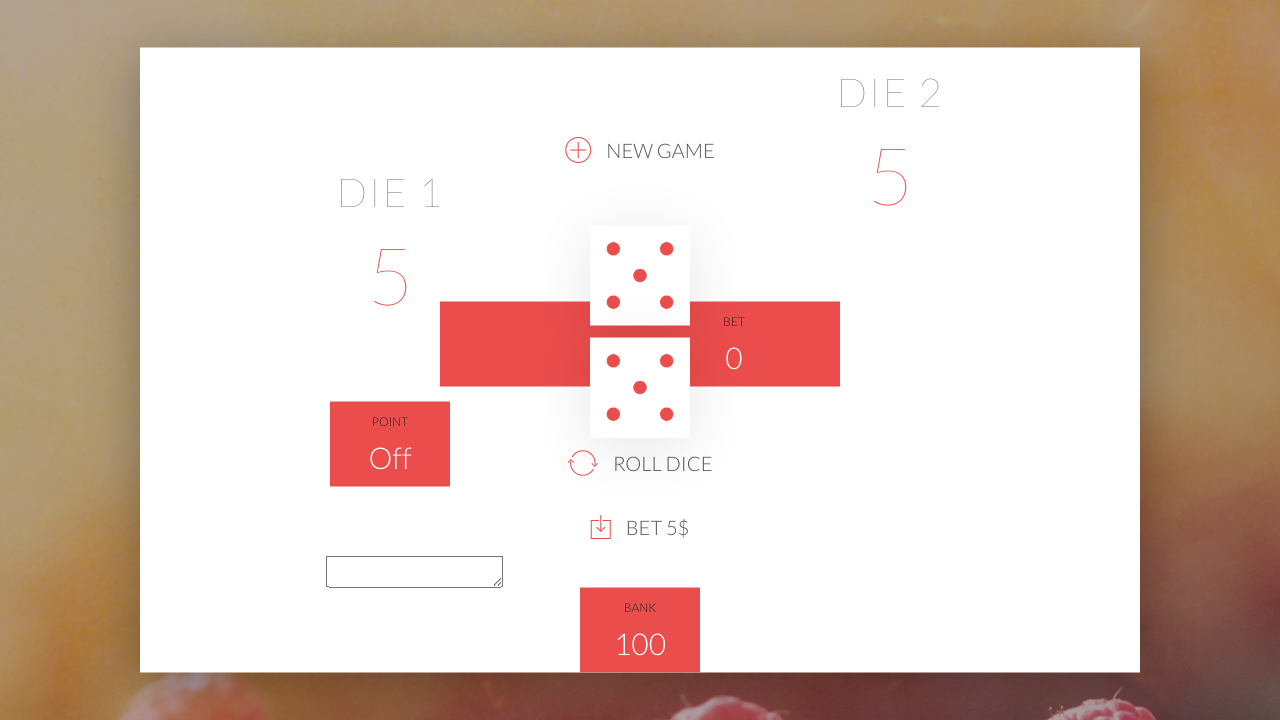
Repository: rmcc0724/html_challenge
Page: Craps/index.html
The author's editor kept a record of every edit. The page is drawn from the files as they stood at one moment, then again after the next edit.
The browser window is 1280 px wide. The pictures show the whole page.

Above is the page before.

After the next edit:
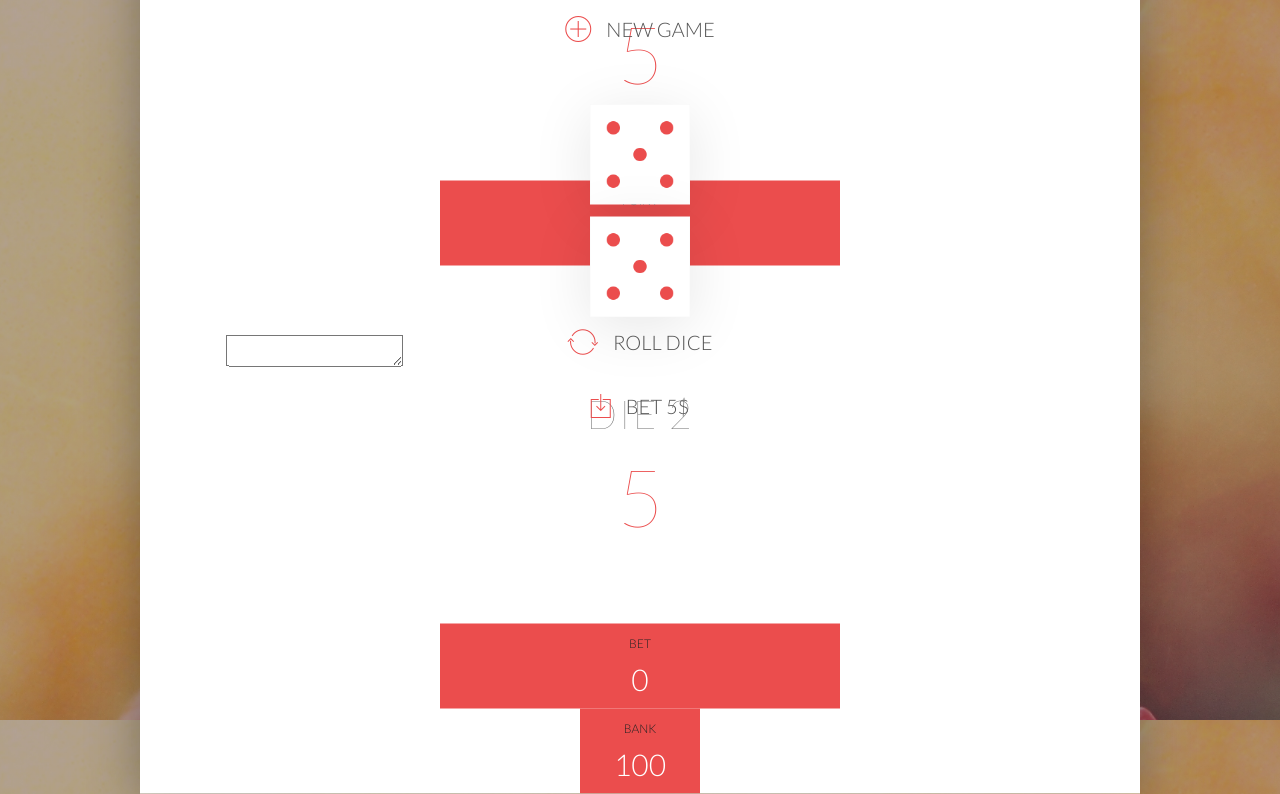
The edit:
--- a/Craps/index.html
+++ b/Craps/index.html
@@ -13,7 +13,7 @@
 <body>
     <div class="wrapper clearfix">
 
-        <div class="player-0-panel">
+        <div class="dice-1-panel">
 
             <div class="player-name" id="name-0">Die 1</div>
             <div class="player-score" id="score-0">5</div>
